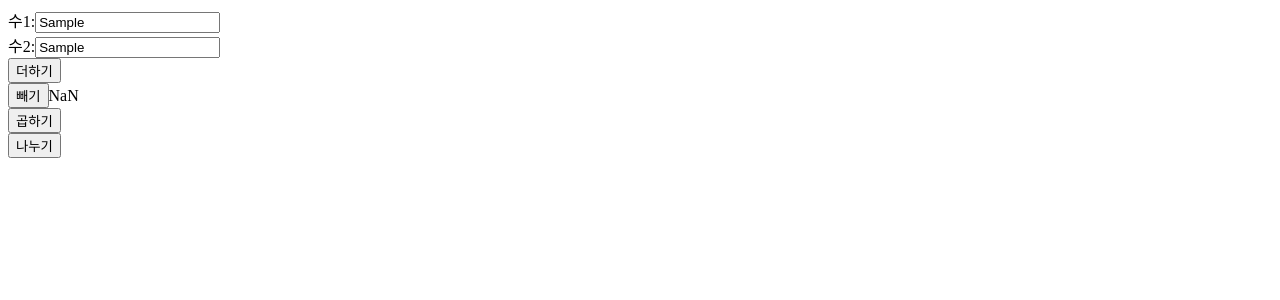
Repository: MegiLove/JavascriptStudy
Page: http://localhost/day1230/calcTest.jsp
The author's editor kept a copy of each file at every save. The page is drawn from the files as they stood at one save, then again after the next save.
The browser window is 1280 px wide. The pictures show the whole page.
Empty fields were first filled with sample values (such as "Sample", 5 or name@example.com).
After loading, the first visible `button[onclick="calcMulti()"]` was clicked once.
The page is served by Tomcat 9.

Above is the page before, as saved 2021-12-30 08:15:59.

After the next save:
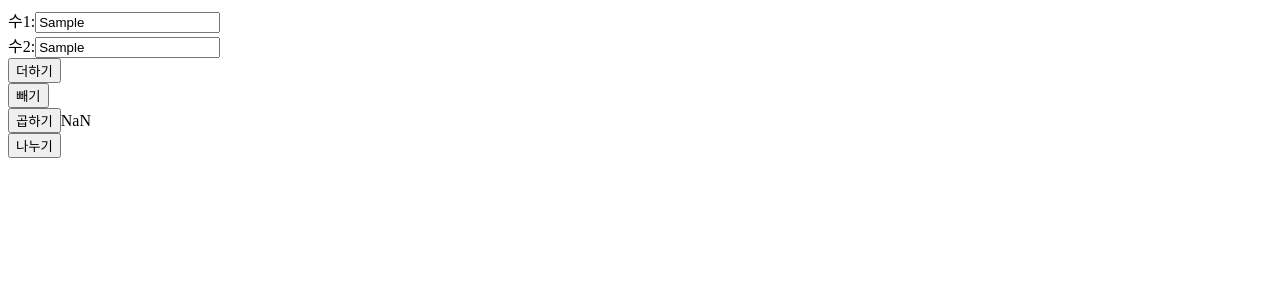
Saved 13 s later.
--- a/day1230/src/main/webapp/calcTest.jsp
+++ b/day1230/src/main/webapp/calcTest.jsp
@@ -22,13 +22,13 @@
 		a=document.getElementById("num1").value;
 		b=document.getElementById("num2").value;
 		result= Number(a)-Number(b);
-		document.getElementById("minus").innerHTML=result;
+		document.getElementById("multi").innerHTML=result;
 	}
 	function calcDivide(){
 		a=document.getElementById("num1").value;
 		b=document.getElementById("num2").value;
 		result= Number(a)-Number(b);
-		document.getElementById("minus").innerHTML=result;
+		document.getElementById("divide").innerHTML=result;
 	}
 </script>
 </head>
